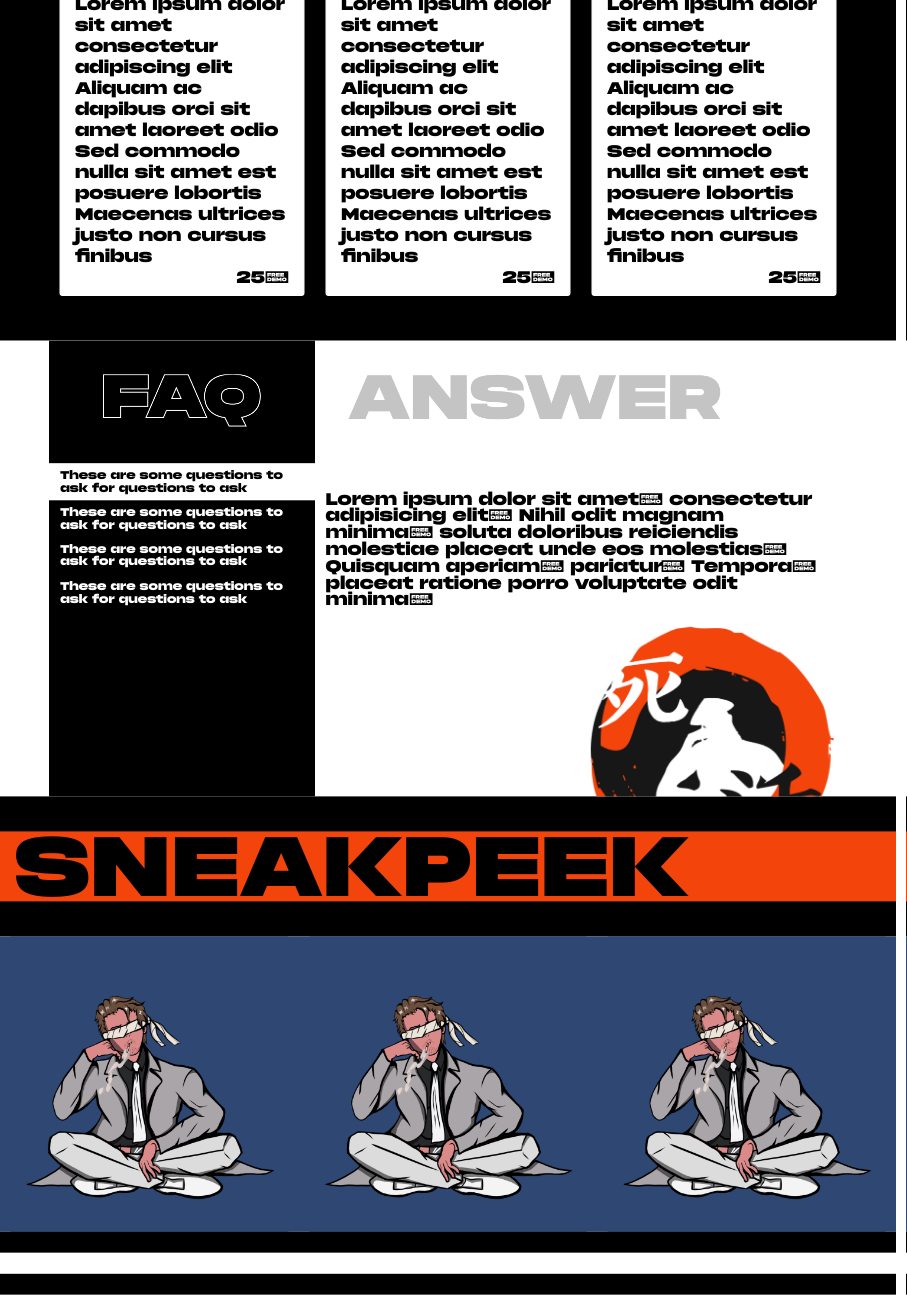
Repository: danishmahmoodawan/Sneakpeak
Page: /
The author's editor kept a copy of each file at every save. The page is drawn from the files as they stood at one save, then again after the next save.
The browser window is 1280 px wide. The page is 1295 px wide, so the pictures cover 1295 px, including what lies to the right of the window. The pictures show the part of the page from y = 1214 to 3094 px (the page is 3094 px tall before and 3064 px after), at 70% of full size.
The project was rebuilt for these pictures with package versions that can differ from the ones it lists, and the page was loaded fresh each time.

Above is the page before, as saved 2022-02-28 22:04:58.

After the next save:
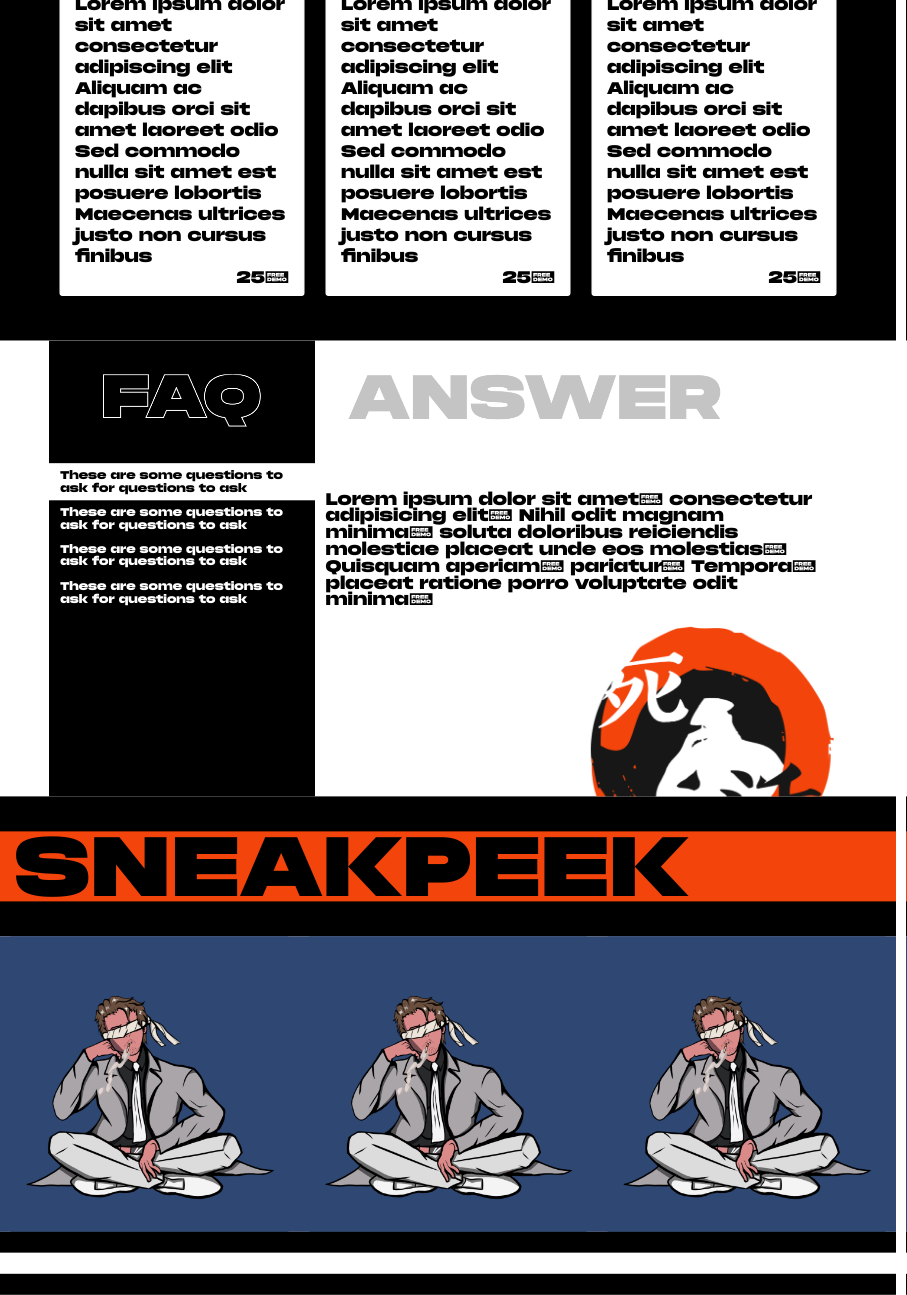
Saved 21 s later.
--- a/src/pages/Home.js
+++ b/src/pages/Home.js
@@ -237,9 +237,7 @@ function Home() {
             <div className="col-12">
             <div class="empty_div"> </div>
             </div>
-            <div className="col-12">
-            <div class="empty_divs"> </div>
-            </div>
+
             </div>
         </section>
 
